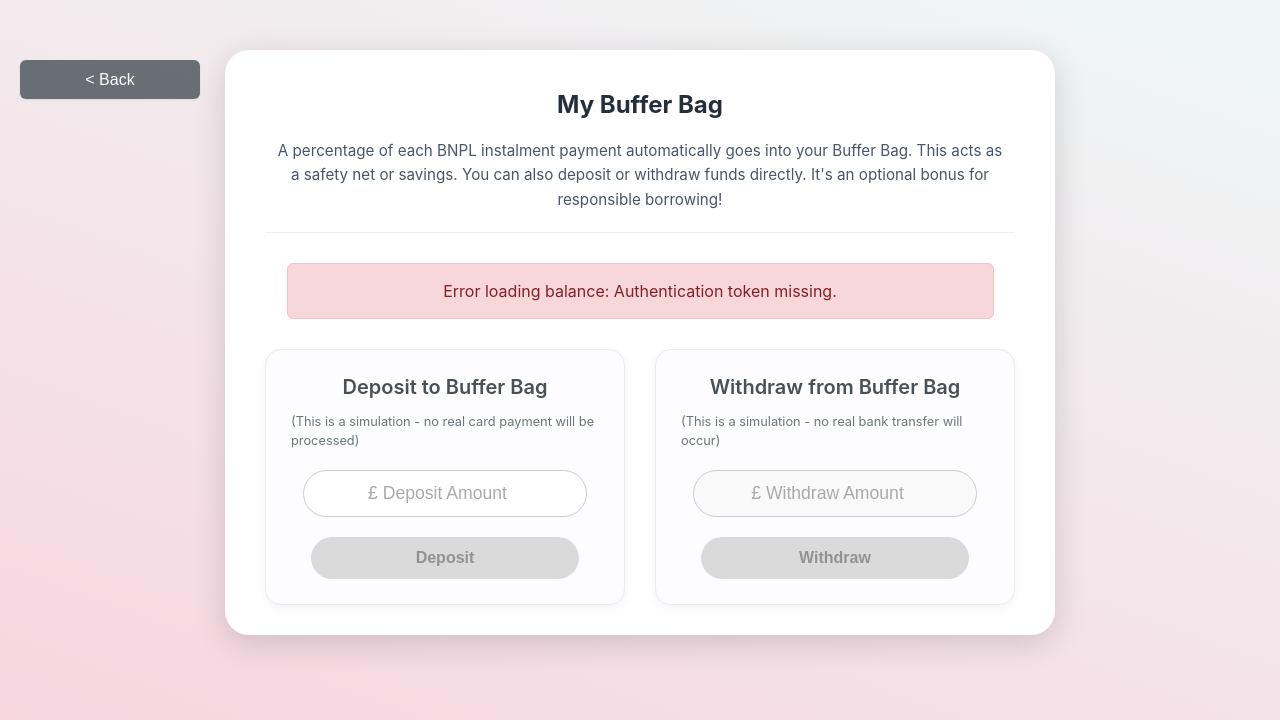
Repository: aab232/https---github.com-aab232-Deferred-Payment-Platform
Page: /buffer-bag (app in frontend/)
The author's editor kept a copy of each file at every save. The page is drawn from the files as they stood at one save, then again after the next save.
The browser window is 1280 px wide. The pictures show the whole page.
The pointer rests on the first visible `.back-button`.
The project was rebuilt for these pictures with package versions that can differ from the ones it lists, and the page was loaded fresh each time. Also part of the build but not shown: frontend/src/components/Home.js, frontend/src/components/Register.js, frontend/src/components/Login.js, frontend/src/components/Main.css, frontend/src/components/Main.js, frontend/src/components/Settings.js, frontend/src/components/Privacy.js, frontend/src/components/ContactUs.js and 7 more.

Above is the page before, as saved 2025-05-08 01:58:32.

After the next save:
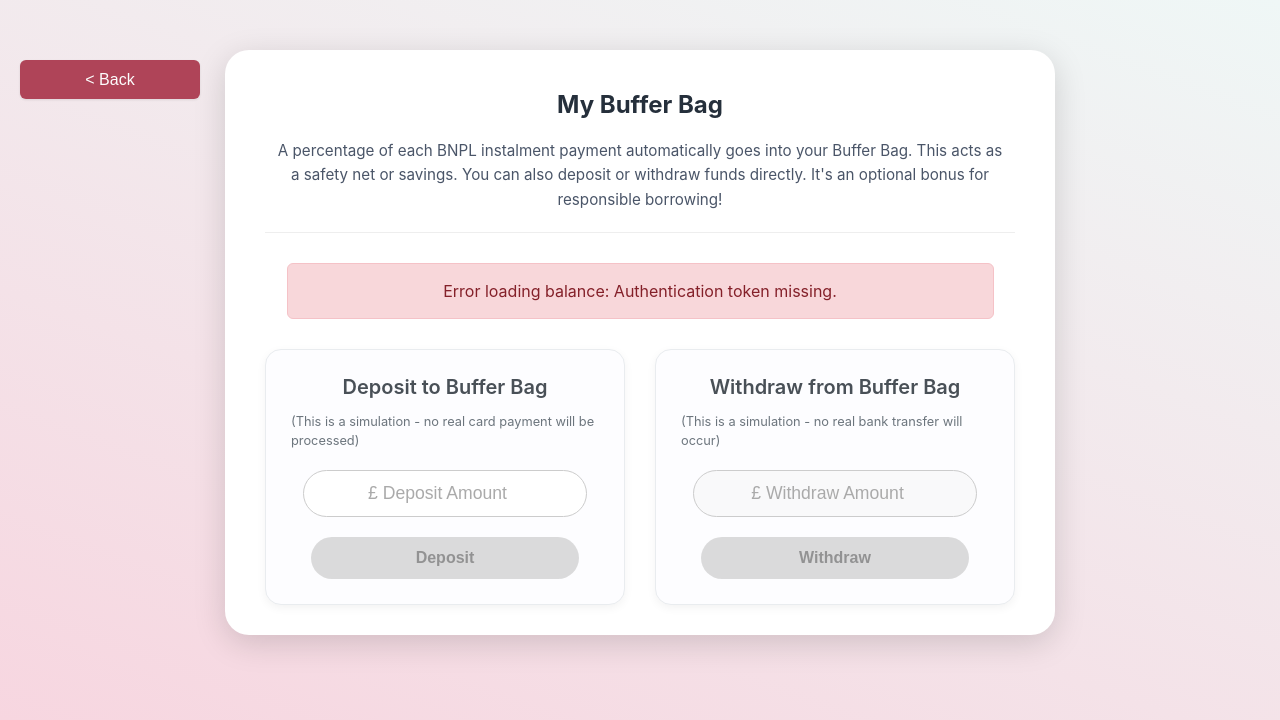
Saved 13 s later.
--- a/frontend/src/components/BufferBag.css
+++ b/frontend/src/components/BufferBag.css
@@ -184,5 +184,5 @@
    min-width: 180px;
 }
 .back-button:hover {
-    background-color: #5a6268 !important;
+    background-color: rgb(168, 51, 72) !important;
 }
